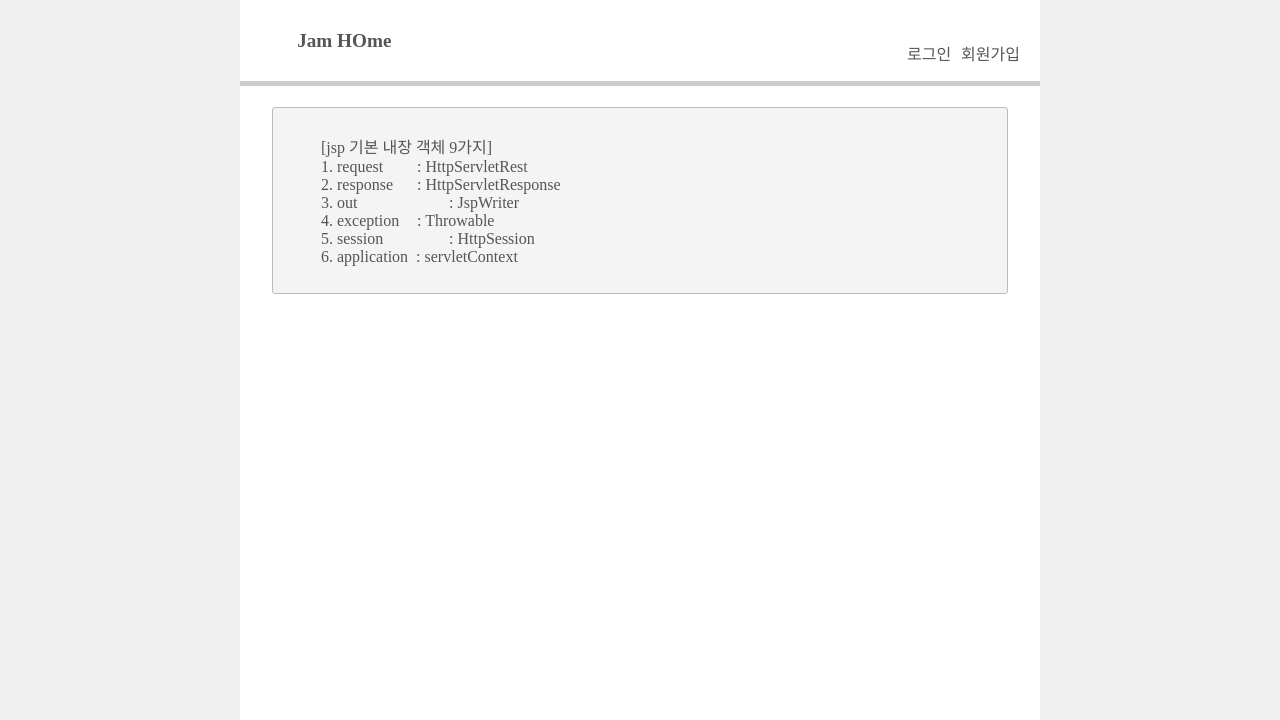
Repository: woals5636/JSPClass
Page: jspPro/src/main/webapp/days06/ex05.html
An editor plug-in stored every save of this project. The page is shown before and after the next save, followed by the edit.
The browser window is 1280 px wide. The pictures show the whole page.
Some web fonts or font styles are not loaded; a fallback is used.

Above is the page before, as saved 2024-10-22 05:42:03.

### jspPro/src/main/webapp/days06/ex05.html
<!DOCTYPE html>
<html>
<head>
<meta charset="UTF-8">
<title>Insert title here</title>
<link rel="shortcut icon" type="image/x-icon" href="http://localhost/jspPro/images/SiSt.ico">
<script src="https://ajax.googleapis.com/ajax/libs/jquery/3.7.1/jquery.min.js"></script>
<meta name="viewport" content="width=device-width, initial-scale=1.0">
<meta name="google" content="notranslate">
<link rel="stylesheet" href="http://localhost/jspPro/resources/cdn-main/example.css">
<script src="http://localhost/jspPro/resources/cdn-main/example.js"></script>
<style>
 span.material-symbols-outlined{
    vertical-align: text-bottom;
 }
</style>
</head>
<body>
<header>
  <h1 class="main"><a href="#" style="position: absolute;top:30px;">Jam HOme</a></h1>
  <ul>
    <li><a href="#">로그인</a></li>
    <li><a href="#">회원가입</a></li>
  </ul>
</header>
<div>
  <xmp class="code">
  	[jsp 기본 내장 객체 9가지]
  	1. request  	: HttpServletRest
  	2. response 	: HttpServletResponse
  	3. out 			: JspWriter
  	4. exception 	: Throwable
  	5. session 		: HttpSession
  	6. application  : servletContext
  </xmp>
</div>
</body>
</html>

### jspPro/src/main/webapp/resources/cdn-main/example.css
@charset "UTF-8";

@import url('https://fonts.googleapis.com/css2?family=Material+Symbols+Outlined:opsz,wght,FILL,GRAD@20..48,100..700,0..1,-50..200');

@font-face {
    font-family: 'GmarketSansMedium';
    src: url('https://cdn.jsdelivr.net/gh/projectnoonnu/noonfonts_2001@1.1/GmarketSansMedium.woff') format('woff');
    font-weight: normal;
    font-style: normal;
}

:root {
	--text-color: #555;
	--sub-text-color: #777;
	--back-color: #EFEFEF;
	--header-color: #444;
	--primary-color: #DEDEDE;
	--secondary-color: #EFEFEF;
	--default-width: 800px;
	--narrow-width: 500px;
	--wide-width: 1200px;
	--text-font: 'GmarketSansMedium';
	--icon-font: 'Material Symbols Outlined';
	--border-color: #CCC;
}

html, body {
	margin: 0;
	padding: 0;
}

html {
	background-color: var(--back-color);
	display: flex;
	justify-content: center;
	min-height: 100vh;
}

body, body.default {
	width: var(--default-width);
	background-color: white;
	padding-bottom: 120px;
}

body.wide {
	width: var(--wide-width);
}

body.narrow {
	width: var(--narrow-width);
}



body, p, div, span, a, input, select, option, textarea, button, table, th, td, label, fieldset, legend {
	font-family: var(--text-font);
	color: var(--text-color);
}

h1, h2, h3 {
	font-family: var(--text-font);
	color: var(--header-color);
	padding: 0 1rem;
	padding-top: .5rem;
}

div > h1, div > h2, div > h3 {
	padding: 0;
}

body > div, body > main > div {
	padding: 0.3rem 1rem;
}


h1 { font-size: 2rem; border-bottom: 1px solid var(--border-color); }
h1 small { font-size: 1.2rem; color: var(--sub-text-color); }
h2 { font-size: 1.5rem; border-bottom: 1px dashed var(--border-color); }
h2 small { font-size: 1.1rem; color: --sub-text-color; }
h3 { font-size: 1.2rem; }
h3 small { font-size: 1rem; color: --sub-text-color; }



h1.main::before {
	font-family: var(--icon-font);
  	content: '\e666';
  	margin-right: 10px;
  	float: left;
	font-size: 2.5rem;
}

h1.sub::before {
	font-family: var(--icon-font);
  	content: '\ea19';
  	margin-right: 10px;
  	float: left;
	font-size: 2.5rem;
}


h1.page::before {
	font-family: var(--icon-font);
  	content: '\e0e0';
  	margin-right: 10px;
  	float: left;
	font-size: 2.5rem;
}

body > header > ul > li > .active{
	background-color: #FFF;
	color:#F00;
}

body > header {
	display: flex;
	justify-content: space-between;
	border-bottom: 5px solid var(--border-color);
	min-height: 74px;
	background-color: #FFF;
}

body > header.sticky {
	position: sticky;
	top: 0;
	z-index: 98;
}

body > header > h1 {
	font-size: 1.2rem;
	border: 0;
}

body > header.in > h1::before {
	font-family: var(--icon-font);
  	content: '\e332‥';
  	margin-right: 3px;
  	float: left;
	font-size: 2rem;
}


body > header > ul {
	list-style-type: none;
	display: flex;
	align-items: flex-end;
	margin-right: 10px;
}

body > header > ul > li {
	margin-right: 10px;
	cursor: pointer;
}

body > header > ul > li > a {
	cursor: pointer;
}


form {
	display: block;
}

form > div {
	padding: 0.3rem 1rem;
}

div > form > div {
	padding: 0.3rem 0;
}

input, textarea, button, select {
	border: 1px solid #BBB;
	border-radius: 3px;
	outline: none;
	resize: none;
	padding: 7px;
	margin: 0;
}

input[type=text]:read-only, textarea:read-only {
	cursor: not-allowed;
	background-color: #FFF;
}

input[type=text]:disabled, textarea:disabled {
	cursor: not-allowed;
	background-color: #EEE;
}

input[type=text], input[type=password], textarea, button, select {
	/* width: 300px; */
}

textarea {
	display: block;
	height: 100px;
}

input[type=button], input[type=submit], button {
	/* width: inherit; */
}

input.short, textarea.short, button.short, select.short {
	width: 100px;
}

input.long, textarea.long, button.long, select.long {
	width: 350px;
}

.narrow input.long, .narrow textarea.long, .narrow button.long, .narrow select.long {
	width: calc(100% - 20px);
}

input.full, textarea.full, button.full, select.full {
	width: calc(100% - 20px);
}

textarea.short {
	height: 50px;
}

textarea.long {
	height: 100px;
}

textarea.full {
	height: 200px;
}

input, textarea {
	padding-top: 8px;
}

input[type=button], input[type=submit], button {
	padding: 5px 10px;
	background-color: var(--secondary-color);
	cursor: pointer;
	min-height: 36px;
}

input[type=button].primary, input[type=submit].primary, button.primary {
	/* background-color: rgba(100, 149, 237, .2); */
	background-color: var(--primary-color);
}

input[type=button].primary:hover, input[type=submit].primary:hover, button.primary:hover {
	/* background-color: rgba(100, 149, 237, .3); */
	background-color: var(--secondary-color);
}

input[type=button]:hover, input[type=submit]:hover, button:hover {
	background-color: var(--primary-color);
}

button {
	position: relative;
	left: 0;
	top: 0;
	padding-left: 35px;
}

button .material-symbols-outlined {
	position: absolute;
	left: 10px;
	top: 4px;
}

/* k2nik add */
button.login::before {
	font-family: var(--icon-font);
  	content: '\ea77';
	position: absolute;
	left: 11px;
	top: 4px;
	font-size: 1.25rem;
}

/* k2nik logout */
button.logout::before {
	font-family: var(--icon-font);
  	content: '\e9ba';
	position: absolute;
	left: 11px;
	top: 4px;
	font-size: 1.25rem;
}

/* k2nik help */
button.help::before {
	font-family: var(--icon-font);
  	content: '\f1c0';
	position: absolute;
	left: 11px;
	top: 4px;
	font-size: 1.25rem;
}

button.add::before{
	font-family: var(--icon-font);
  	content: '\e746';
	position: absolute;
	left: 11px;
	top: 4px;
	font-size: 1.25rem;
}

button.back::before {
	font-family: var(--icon-font);
  	content: '\e166';
	position: absolute;
	left: 11px;
	top: 4px;
	font-size: 1.25rem;
}

button.list::before {
	font-family: var(--icon-font);
  	content: '\e0ee';
	position: absolute;
	left: 11px;
	top: 4px;
	font-size: 1.25rem;
}


button.del::before {
	font-family: var(--icon-font);
  	content: '\e872';
	position: absolute;
	left: 11px;
	top: 4px;
	font-size: 1.25rem;
}


button.edit::before {
	font-family: var(--icon-font);
  	content: '\e745';
	position: absolute;
	left: 11px;
	top: 4px;
	font-size: 1.25rem;
}


button.login::before {
	font-family: var(--icon-font);
  	content: '\ea77';
	position: absolute;
	left: 11px;
	top: 4px;
	font-size: 1.25rem;
}


button.logout::before {
	font-family: var(--icon-font);
  	content: '\e9ba';
	position: absolute;
	left: 11px;
	top: 4px;
	font-size: 1.25rem;
}


button.in::before {
	font-family: var(--icon-font);
  	content: '\f71a';
	position: absolute;
	left: 11px;
	top: 4px;
	font-size: 1.25rem;
}


button.out::before {
	font-family: var(--icon-font);
  	content: '\f70e';
	position: absolute;
	left: 11px;
	top: 4px;
	font-size: 1.25rem;
}


button.reply::before {
	font-family: var(--icon-font);
  	content: '\e15e';
	position: absolute;
	left: 11px;
	top: 4px;
	font-size: 1.25rem;
}


button.comment::before {
	font-family: var(--icon-font);
  	content: '\e0b9';
	position: absolute;
	left: 11px;
	top: 4px;
	font-size: 1.25rem;
}


button.modal::before {
	font-family: var(--icon-font);
  	content: '\e89e';
	position: absolute;
	left: 11px;
	top: 4px;
	font-size: 1.25rem;
}


button.ok::before {
	font-family: var(--icon-font);
  	content: '\e86c';
	position: absolute;
	left: 11px;
	top: 4px;
	font-size: 1.25rem;
}


button.cancel::before {
	font-family: var(--icon-font);
  	content: '\e5c9';
	position: absolute;
	left: 11px;
	top: 4px;
	font-size: 1.25rem;
}

button.search::before {
	font-family: var(--icon-font);
  	content: '\e8b6';
	position: absolute;
	left: 11px;
	top: 4px;
	font-size: 1.25rem;
}

button.home::before {
	font-family: var(--icon-font);
  	content: '\e88a';
	position: absolute;
	left: 11px;
	top: 4px;
	font-size: 1.25rem;
}


button.sidebar::before {
	font-family: var(--icon-font);
  	content: '\f7e4';
	position: absolute;
	left: 11px;
	top: 4px;
	font-size: 1.25rem;
}


button.sidebar-right::before {
	font-family: var(--icon-font);
  	content: '\f7e5';
	position: absolute;
	left: 11px;
	top: 4px;
	font-size: 1.25rem;
}




button::before {
	font-family: var(--icon-font);
  	content: '\e323';
	position: absolute;
	left: 11px;
	top: 4px;
	font-size: 1.25rem;
}


table {
	border-collapse: collapse;
	margin: 1rem;
	box-sizing: border-box;
	width: calc(100% - 32px);
}

table.content {
	width: auto;
}

div > table {
	margin: 0;
}

table th, table td {
	border: 1px solid var(--border-color);
	padding: 7px;
	font-weight: normal;
}

table th {
	background-color: var(--back-color);
}

table.vertical th {
	width: 150px;
}

table.vertical td {
	width: calc(100% - 182px);
	padding-left: 10px;
}

table.content td, table.content th {
	width: auto;
}

body.narrow table.vertical th {
	width: 100px;
}

body.narrow table.vertical td {
	width: calc(100% - 182px);
}


table + table {
	margin-top: 30px;
}


p {
	padding: 0 1rem;
}

a {
	text-decoration: none;
}

a:hover {
	color: rgba(255, 99, 71, .7);
}

hr {
	border: 0;
	border-top: 1px solid var(--border-color);
	margin: 2rem 0;
}

.message {
	border: 1px solid var(--border-color);
	background-color: #EFEFEF;
	margin: 1rem;
	width: auto;
	padding-top: 10px;
	padding-bottom: 10px;
	font-size: 14px;
}

.message[title]::before {
	content: attr(title);
	display: block;
	border-bottom: 1px solid var(--border-color);
	padding-bottom: 5px;
	margin-bottom: 10px;
	margin-top: 7px;
}

.message.short {
	max-width: 250px;
}

.message.long {
	max-width: 500px;
}

.badge {
	float: right;
	font-size: .8rem;
	margin-top: 2px;
	margin-right: 2px;
	text-shadow: 0 0 7px gray;
}

.badge.left {
	float: none;
	margin-left: 2px;
}

.badge.right {
	float: right;
}

.badge.red {
	border-radius: 50%;
	padding: 2px 5px;
	background-color: rgb(255, 99, 71, .3);
}

.badge.yellow {

	border-radius: 50%;
	padding: 2px 5px;
	background-color: rgb(255, 215, 0, .5);
}

.badge.blue {
	border-radius: 50%;
	padding: 2px 5px;
	background-color: rgb(100, 149, 237, .3);
}

label + label {
	margin-left: 7px;
}

label input[type=checkbox], label input[type=radio] {
	transform: translate(0, 1px);
}

.group {
	display: flex;
}

.modal-content .group {
	margin-bottom: .5rem;
}

.group label {
	border: 1px solid #BBB;
	border-radius: 3px;
	outline: none;
	resize: none;
	padding: 7px 14px;
	margin: 0;
	border-top-right-radius: 0;
	border-bottom-right-radius: 0;
	background-color: #EFEFEF;
	white-space: nowrap;
	font-size: 14px;
}

.group input[type=text] {
	margin-left: -1px;
	border-top-left-radius: 0;
	border-bottom-left-radius: 0;
}

.group select {
	margin-left: -1px;
	border-top-left-radius: 0;
	border-bottom-left-radius: 0;
}

.group input.full[type=text] {
	margin-left: -1px;
	border-top-left-radius: 0;
	border-bottom-left-radius: 0;
	width: 100%;
}

.group input[type=button]:first-child, .group button:first-child {
	border-top-left-radius: 3px;
	border-bottom-left-radius: 3px;
	margin-left: 0px;
}

.group input[type=button], .group button {
	border-radius: 0;
	margin-left: -1px;
}

.group input[type=button]:last-child, .group button:last-child {
	margin-left: -1px;
	border-top-right-radius: 3px;
	border-bottom-right-radius: 3px;
}

.seperate {
	display: flex;
	justify-content: space-between;
}

div.list {
	width: max-content;
	margin: 1rem;
	border: 1px solid #BBB;
	border-radius: 3px;
	padding: 0;
}

div.list.full {
	width: auto;
	display: block;
	margin: 1rem;
	border: 1px solid #BBB;
	border-radius: 3px;
	padding: 0;
}

div.list > div {
	padding: .5rem 1rem;
	margin: 0;
	border-bottom: 1px solid #BBB;
}

div.list > div:last-child {
	border-bottom: 0;
}

pre.code , xmp.code{
	font-family: consols;
	background-color: rgba(150, 150, 150, .1);
	border: 1px solid #BBB;
	border-radius: 3px;
	padding: .5rem 1rem;
	padding-bottom: .6rem;
	margin: 1rem;
}




*[data-modal-window] {
	position: fixed;
	background-color: rgba(0, 0, 0, .3);
	left: 0;
	top: 0;
	display: none;
	justify-content: center;
	align-items: flex-start;
	width: 100%;
	min-height: 100vh;
	z-index: 100;
	opacity: 0;
	transition: 500ms all;
}

*[data-modal-window] .modal-container {
	border-radius: 5px;
	padding: 1rem;
	padding-bottom: .5rem;
	margin-top: -500px;
	opacity: 0;
	width: 500px;
	background-color: #FFF;
	margin-right: 2rem;
	transition: 500ms all;
}

*[data-modal-size=content] .modal-container {
	width: auto;
}

*[data-modal-size=narrow] .modal-container {
	width: 300px;
}

*[data-modal-size=wide] .modal-container {
	width: 760px;
}


*[data-modal-window] .modal-header {
	border-bottom: 1px solid var(--border-color);
	padding: 2px 5px;
}

*[data-modal-window] .modal-content {
	padding: 1rem 5px;
}

*[data-modal-window] .modal-content div:last-child {
	margin-top: 1rem;
	text-align: right;
}



*[data-sidebar-window] {
	position: fixed;
	background-color: #FFF;
	left: 0;
	top: 0;
	display: block;
	width: 300px;
	border-right: 1px solid var(--border-color);
	box-sizing: border-box;
	box-shadow: 0 0 3px var(--back-color);
	min-height: 100vh;
	z-index: 99;
	transform: translate(-300px, 0);
	transition-duration: 500ms;
	transition-property: transform;
}

*[data-sidebar-direction=right] {
	left: auto;
	right: 0;
	transform: translate(300px, 0);
	border-left: 1px solid var(--border-color);
}

*[data-sidebar-size=wide] {
	width: 500px;
	transform: translate(-500px, 0);
}

*[data-sidebar-window] .sidebar-title {
	border-bottom: 1px solid var(--border-color);
	margin-top: 20px;
	margin-bottom: 20px;
	padding-bottom: 5px;
	display: flex;
	justify-content: space-between;
}

*[data-sidebar-window] .sidebar-title span:last-child {
	cursor: pointer;
}


/* K2Nik pagination */
.center {
  text-align: center;
}

.pagination {
  display: inline-block;
}

.pagination a {
  color: black;
  float: left;
  padding: 3px 6px;
  text-decoration: none;
  transition: background-color .3s;
  border: 1px solid #ddd;
  margin: 0 3px;
}

.pagination a.active {
  background-color: #4CAF50;
  color: white;
  border: 1px solid #4CAF50;
}

.pagination a:hover:not(.active) {background-color: #ddd;}

### jspPro/src/main/webapp/resources/cdn-main/example.js

window.onload = () => {

    const list = document.querySelectorAll('input, textarea');

    list.forEach(item => {
        item.setAttribute('autocomplete', 'off');
    });


    const modal_btn_list = document.querySelectorAll('*[data-modal-button]');

    modal_btn_list.forEach(item => {
        item.onclick = function() {

            const name = this.dataset['modalButton'];
            const modal_window = document.querySelector('*[data-modal-window=' + name);

            const container = document.createElement('div');
            container.className = 'modal-container';



            const modal_header = document.createElement('div');
            modal_header.textContent = modal_window.dataset['modalTitle'];
            modal_header.className = 'modal-header';
            container.appendChild(modal_header);

            const modal_content = document.createElement('div');
            modal_content.className = 'modal-content';
            container.appendChild(modal_content);

            Array.from(modal_window.childNodes).forEach(item => {
                modal_content.appendChild(item);
            });

            modal_window.appendChild(container);

            modal_window.style.display = 'flex';

            setTimeout(() => {
                modal_window.style.opacity = 1;
                container.style.marginTop = '20px';
                container.style.opacity = 1;
            }, 50);


            const modal_ok = document.querySelector('*[data-modal-ok=' + name);
            modal_ok.addEventListener('click', function() {
                modal_window.style.opacity = 0;
                container.style.marginTop = '-500px';
                container.style.opacity = 0;

                setTimeout(() => {
                    modal_window.innerHTML = modal_content.innerHTML;
                    modal_window.style.display = 'none';
                }, 500);

            });

            const modal_cancel = document.querySelector('*[data-modal-cancel=' + name);
            modal_cancel.addEventListener('click', function() {

                modal_window.style.opacity = 0;
                container.style.marginTop = '-500px';
                container.style.opacity = 0;

                setTimeout(() => {
                    modal_window.innerHTML = modal_content.innerHTML;
                    modal_window.style.display = 'none';
                }, 500);
            });


        };
    });


    const sidebar_btn_list = document.querySelectorAll('*[data-sidebar-button]');

    sidebar_btn_list.forEach(item => {
        item.onclick = function() {



            const name = this.dataset['sidebarButton'];
            const sidebar_window = document.querySelector('*[data-sidebar-window=' + name);

            if (sidebar_window.style.transform == 'translate(0px, 0px)') return;



            sidebar_window.style.transform = 'translate(0, 0)';

            const sidebar_title = document.createElement('div');
            sidebar_title.className = 'sidebar-title';
            sidebar_title.innerHTML = '<span>' + sidebar_window.dataset['sidebarTitle'] + '</span><span class="material-symbols-outlined">close</span>';

            sidebar_title.children[1].onclick = function() {

                let sign = 1;
                let distance = 300;

                if (sidebar_window.dataset['sidebarDirection'] != 'right') {
                    sign = -1;
                } else {
                    sign = 1;
                }

                if (sidebar_window.dataset['sidebarSize'] != 'wide') {
                    distance = 300;
                } else {
                    distance = 500;
                }

                distance *= sign;

                sidebar_window.style.transform = 'translate(' + distance + 'px, 0)';

                setTimeout(function() {
                    sidebar_window.removeChild(sidebar_window.children[0]);
                }, 500);
            };


            sidebar_window.prepend(sidebar_title);

        }
    });

};

// window.onkeydown = function(event) {

//     if (event.keyCode == 27) {
//         if (document.querySelector('[data-modal-window').style.display == 'flex') {
//             document.querySelector('[data-modal-window').style.display = 'none';
//         }
//     }

// };

After the next save:
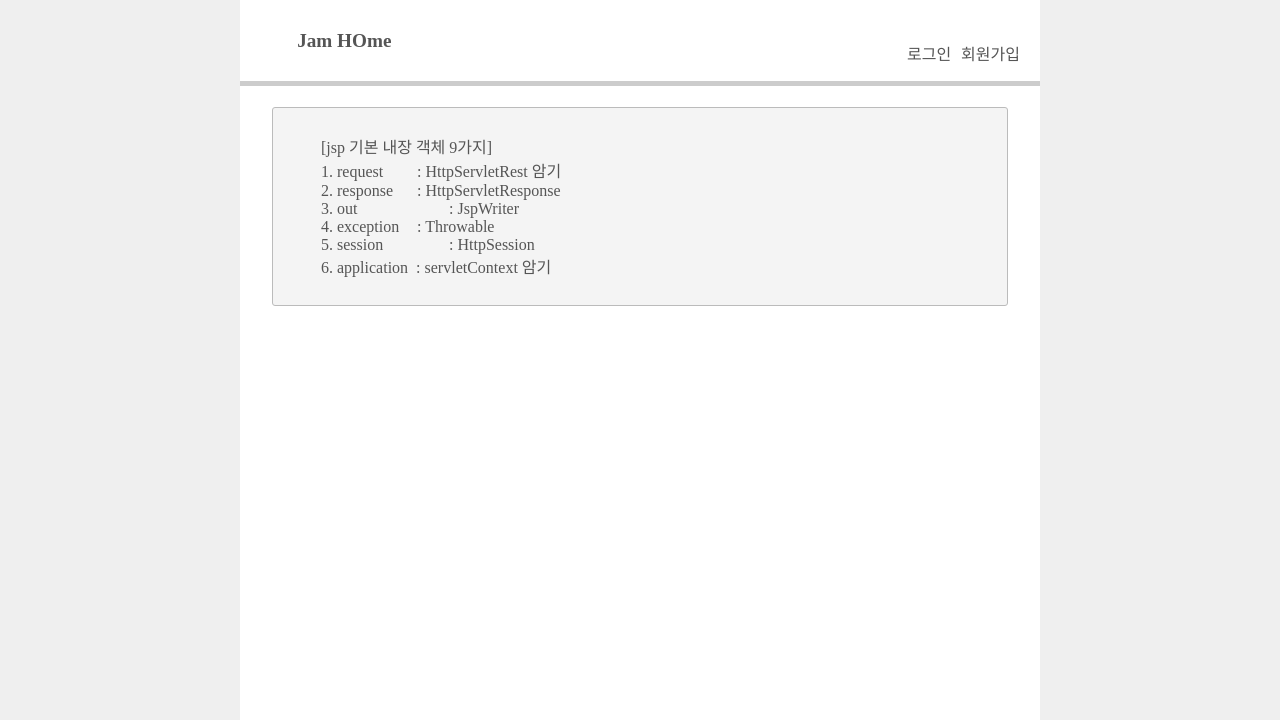
Saved 9 s later.
--- a/jspPro/src/main/webapp/days06/ex05.html
+++ b/jspPro/src/main/webapp/days06/ex05.html
@@ -26,12 +26,12 @@
 <div>
   <xmp class="code">
   	[jsp 기본 내장 객체 9가지]
-  	1. request  	: HttpServletRest
+  	1. request  	: HttpServletRest 암기
   	2. response 	: HttpServletResponse
   	3. out 			: JspWriter
   	4. exception 	: Throwable
   	5. session 		: HttpSession
-  	6. application  : servletContext
+  	6. application  : servletContext 암기
   </xmp>
 </div>
 </body>
